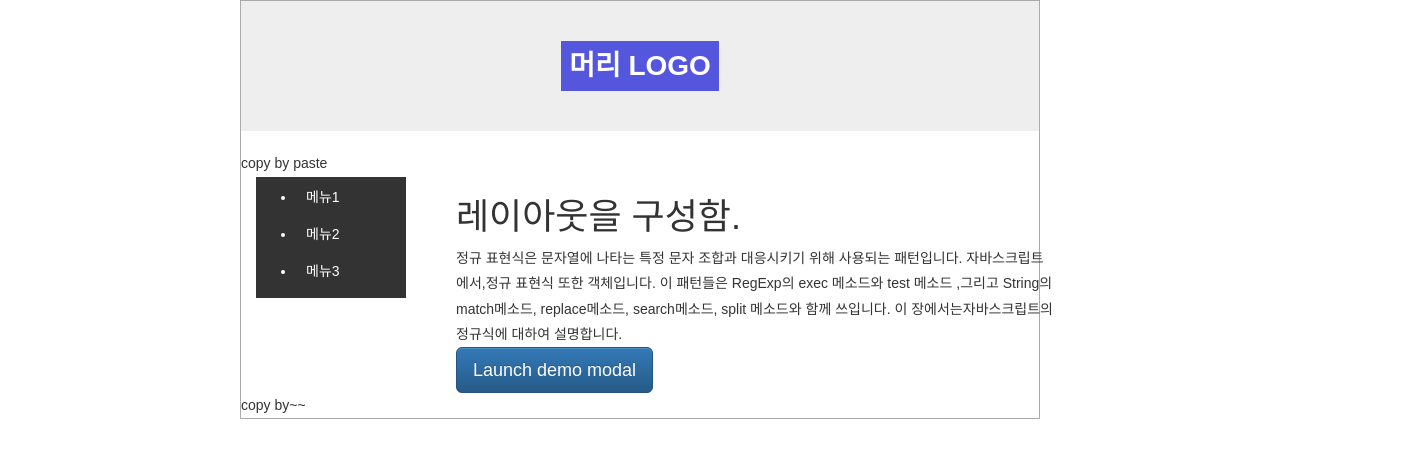
Repository: yoojisoo/YONSAI
Page: http://localhost/teatJava/
These files come from the project's save history. The page is drawn as it stood at one moment and after the next save; the edit follows.
The browser window is 1280 px wide. The page is 1411 px wide, so the pictures cover 1411 px, including what lies to the right of the window. The pictures show the whole page.
The page is served by Tomcat 9.

Above is the page before, as saved 2021-08-23 06:28:56.

After the next save:
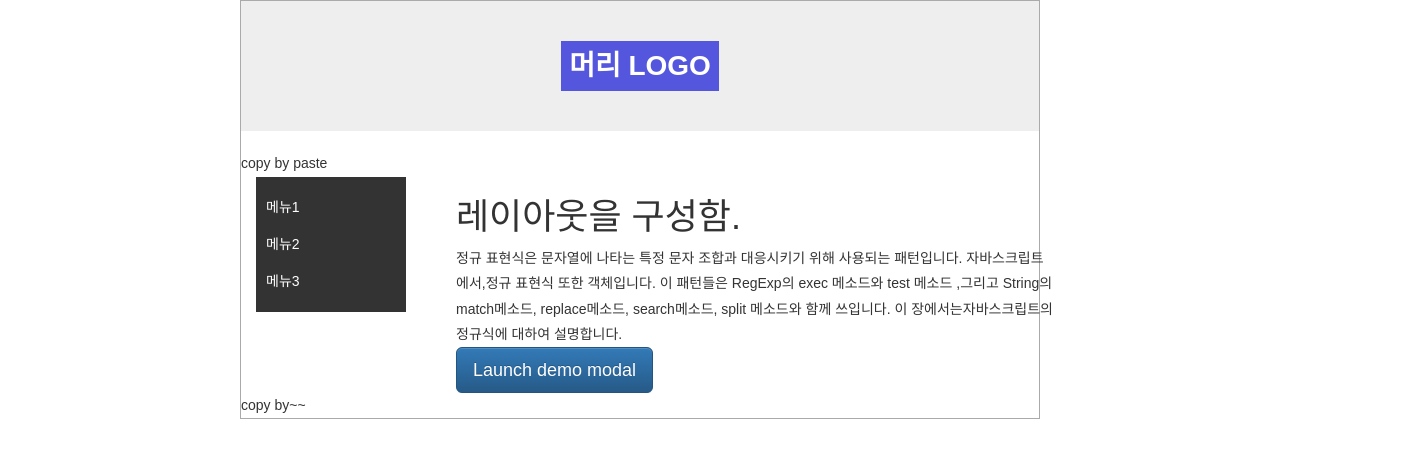
Saved 31 s later.
--- a/jsworkspace/teatJava/src/main/webapp/index.jsp
+++ b/jsworkspace/teatJava/src/main/webapp/index.jsp
@@ -97,7 +97,7 @@ body {
 		<jsp:include page="include/header.jsp"></jsp:include>
 		<div class="container">
 			<div class="nav">
-				<ul>
+				<ul class="nav-list">
 					<li class="nav-item"><a href="#" class="nav-link">메뉴1</a></li>
 					<li class="nav-item"><a href="#" class="nav-link">메뉴2</a></li>
 					<li class="nav-item"><a href="#" class="nav-link">메뉴3</a></li>
